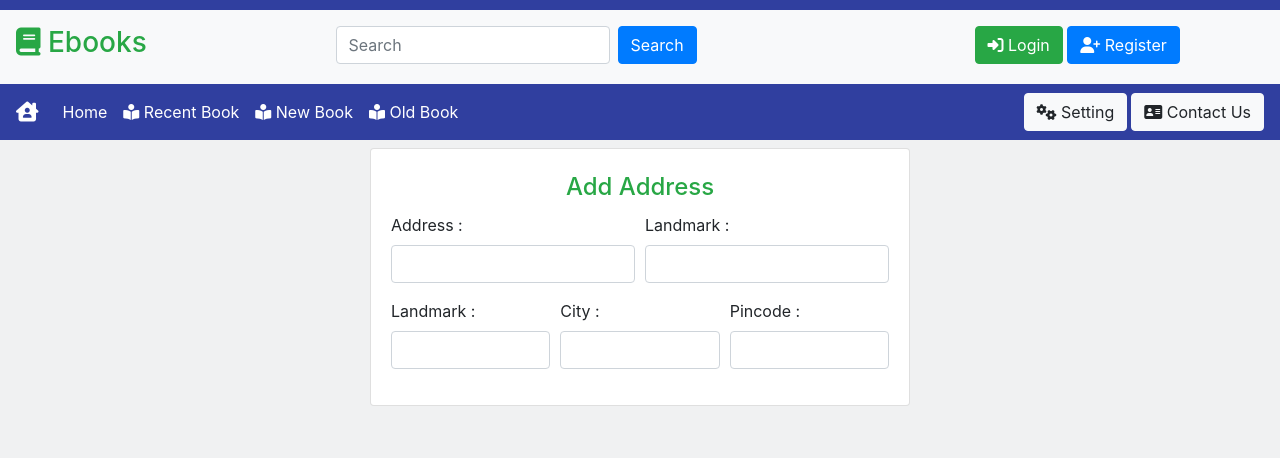
Repository: chittaranjan24/E-Books_Management_System
Page: http://localhost/Ebook-App/user_address.jsp
These files come from the project's save history. The page is drawn as it stood at one moment and after the next save; the edit follows.
The browser window is 1280 px wide. The pictures show the whole page.
Some web libraries are served in a nearby version. The page is served by Tomcat 9. Other server files are loaded and not shown.

Above is the page before, as saved 2023-08-31 11:04:56.

### Ebook-App/src/main/webapp/user_address.jsp
<%@ page language="java" contentType="text/html; charset=ISO-8859-1"
	pageEncoding="ISO-8859-1"%>
<!DOCTYPE html>
<html>
<head>
<meta charset="ISO-8859-1">
<title>Add Address</title>
<%@include file="all_component/allCss.jsp"%>
</head>
<body style="background-color: #f0f1f2;">
	<%@include file="all_component/navbar.jsp"%>

	<div class="container">
		<div class="row">
			<div class="col-md-6 offset-md-3 mt-2">
				<div class="card">
					<div class="card-body">
						<h4 class="text-center text-success p-1">Add Address</h4>
						<form action="">
							<div class="form-row">
								<div class="form-group col-md-6">
									<label for="inputPassword4">Address :</label> <input
										type="text" class="form-control" id="inputPassword4">
								</div>
								<div class="form-group col-md-6">
									<label for="inputEmail4">Landmark :</label> <input type="text"
										class="form-control" id="inputEmail4">
								</div>
							</div>

							<div class="form-row">
								<div class="form-group col-md-4">
									<label for="inputEmail4">Landmark :</label> <input type="text"
										class="form-control" id="inputEmail4">
								</div>
								<div class="form-group col-md-4">
									<label for="inputPassword4">City :</label> <input type="text"
										class="form-control" id="inputPassword4">
								</div>
								<div class="form-group col-md-4">
									<label for="inputPassword4">Pincode :</label> <input
										type="number" class="form-control" id="inputPassword4">
								</div>
							</div>
						</form>
					</div>
				</div>
			</div>
		</div>
	</div>
</body>
</html>

### Ebook-App/src/main/webapp/all_component/allCss.jsp
<link rel="stylesheet"
	href="https://cdn.jsdelivr.net/npm/bootstrap@4.0.0/dist/css/bootstrap.min.css"
	integrity="sha384-Gn5384xqQ1aoWXA+058RXPxPg6fy4IWvTNh0E263XmFcJlSAwiGgFAW/dAiS6JXm"
	crossorigin="anonymous">


<script src="https://code.jquery.com/jquery-3.2.1.slim.min.js"
	integrity="sha384-KJ3o2DKtIkvYIK3UENzmM7KCkRr/rE9/Qpg6aAZGJwFDMVNA/GpGFF93hXpG5KkN"
	crossorigin="anonymous"></script>
<script
	src="https://cdn.jsdelivr.net/npm/popper.js@1.12.9/dist/umd/popper.min.js"
	integrity="sha384-ApNbgh9B+Y1QKtv3Rn7W3mgPxhU9K/ScQsAP7hUibX39j7fakFPskvXusvfa0b4Q"
	crossorigin="anonymous"></script>
<script
	src="https://cdn.jsdelivr.net/npm/bootstrap@4.0.0/dist/js/bootstrap.min.js"
	integrity="sha384-JZR6Spejh4U02d8jOt6vLEHfe/JQGiRRSQQxSfFWpi1MquVdAyjUar5+76PVCmYl"
	crossorigin="anonymous"></script>


<link rel="stylesheet"
	href="https://cdnjs.cloudflare.com/ajax/libs/font-awesome/6.4.2/css/all.min.css"
	integrity="sha512-z3gLpd7yknf1YoNbCzqRKc4qyor8gaKU1qmn+CShxbuBusANI9QpRohGBreCFkKxLhei6S9CQXFEbbKuqLg0DA=="
	crossorigin="anonymous" referrerpolicy="no-referrer" />


<link rel="stylesheet" href="all_component/style.css">

### Ebook-App/src/main/webapp/all_component/navbar.jsp
<%@ taglib prefix="c" uri="http://java.sun.com/jsp/jstl/core"%>
<%@page isELIgnored="false" %>

<div class="container-fluid"
	style="height: 10px; background-color: #303f9f"></div>

<div class="container-fluid p-3 bg-light">
	<div class="row">
		<div class="col-md-3 text-success">
			<h3>
				<i class="fa-solid fa-book"></i> Ebooks
			</h3>
		</div>
		<div class="col-md-6">
			<form class="form-inline my-2 my-lg-0" action="search.jsp" method="post">
				<input class="form-control mr-sm-2" type="search" name="ch"
					placeholder="Search" aria-label="Search">
				<button class="btn btn-primary my-2 my-sm-0" type="submit">Search</button>
			</form>
		</div>

		<c:if test="${not empty userobj }">

		<div class="col-md-3">

		<a href="checkout.jsp"><i class="fa-solid fa-cart-arrow-down fa-2x"></i></a>

			<button class="btn btn-success">
			<i class="fa-solid fa-circle-user"></i> ${userobj.name}</button>

			<a href="logout" class="btn btn-primary text-white">
			<i class="fa-solid fa-power-off"></i> Logout</a>
		</div>

		</c:if>

		<c:if test="${empty userobj }">

		<div class="col-md-3">
			<a href="login.jsp" class="btn btn-success"><i
				class="fa-solid fa-right-to-bracket"></i> Login</a> <a
				href="register.jsp" class="btn btn-primary text-white"><i
				class="fa-solid fa-user-plus"></i> Register</a>
		</div>

		</c:if>


	</div>
</div>


<nav class="navbar navbar-expand-lg navbar-dark bg-custom">
	<a class="navbar-brand" href="index.jsp"> <i
		class="fa-solid fa-house-chimney-user"></i>
	</a>
	<button class="navbar-toggler" type="button" data-toggle="collapse"
		data-target="#navbarSupportedContent"
		aria-controls="navbarSupportedContent" aria-expanded="false"
		aria-label="Toggle navigation">
		<span class="navbar-toggler-icon"></span>
	</button>

	<div class="collapse navbar-collapse" id="navbarSupportedContent">
		<ul class="navbar-nav mr-auto">
			<li class="nav-item active"><a class="nav-link" href="index.jsp">Home
					<span class="sr-only">(current)</span>
			</a></li>
			<li class="nav-item active"><a class="nav-link" href="all_recent_book.jsp"> <i
					class="fa-solid fa-book-open-reader"></i> Recent Book
			</a></li>
			<li class="nav-item active"><a class="nav-link" href="all_new_book.jsp"> <i
					class="fa-solid fa-book-open-reader"></i> New Book
			</a></li>

			<li class="nav-item active"><a class="nav-link disabled"
				href="all_old_book.jsp"> <i class="fa-solid fa-book-open-reader"></i> Old Book
			</a></li>
		</ul>
		<form class="form-inline my-2 my-lg-0">

			<a href="setting.jsp" class="btn btn-light my-2 my-sm-0" type="submit">
				<i class="fa-solid fa-gears"></i> Setting
			</a>
			<a href="helpline.jsp" class="btn btn-light my-2 my-sm-0 ml-1" type="submit">
				<i class="fa-solid fa-address-card"></i> Contact Us
			</a>

		</form>
	</div>
</nav>

### Ebook-App/src/main/webapp/all_component/style.css
.bg-custom{
	background-color: #303f9f;
}

.navbar .nav-item:hover .nav-link {
	background-color: white;
	color: #303f9f;
	border-radius: 15px;
}

After the next save:
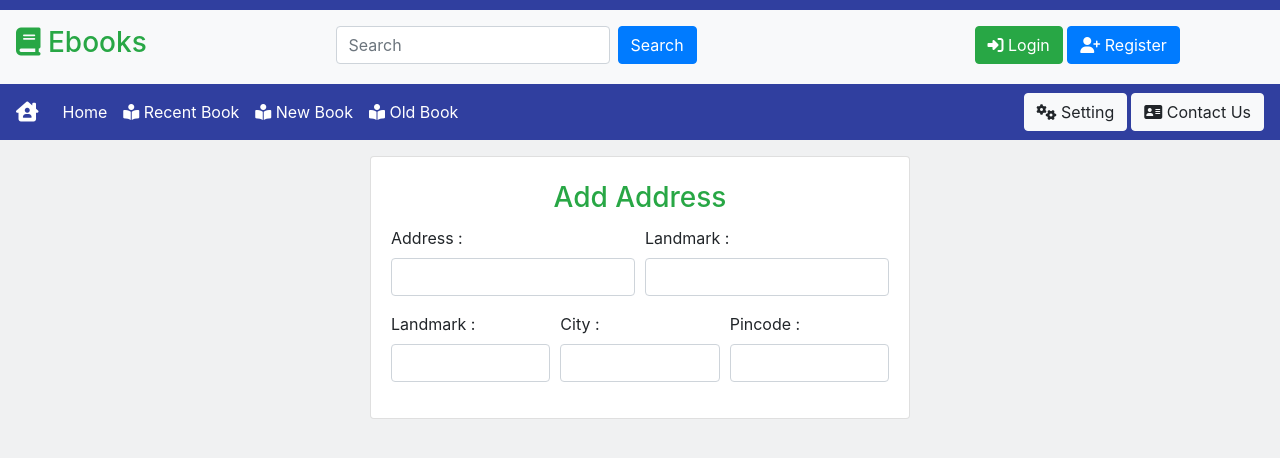
Saved 88 s later.
--- a/Ebook-App/src/main/webapp/user_address.jsp
+++ b/Ebook-App/src/main/webapp/user_address.jsp
@@ -12,10 +12,10 @@
 
 	<div class="container">
 		<div class="row">
-			<div class="col-md-6 offset-md-3 mt-2">
+			<div class="col-md-6 offset-md-3 mt-3">
 				<div class="card">
 					<div class="card-body">
-						<h4 class="text-center text-success p-1">Add Address</h4>
+						<h3 class="text-center text-success p-1">Add Address</h3>
 						<form action="">
 							<div class="form-row">
 								<div class="form-group col-md-6">
